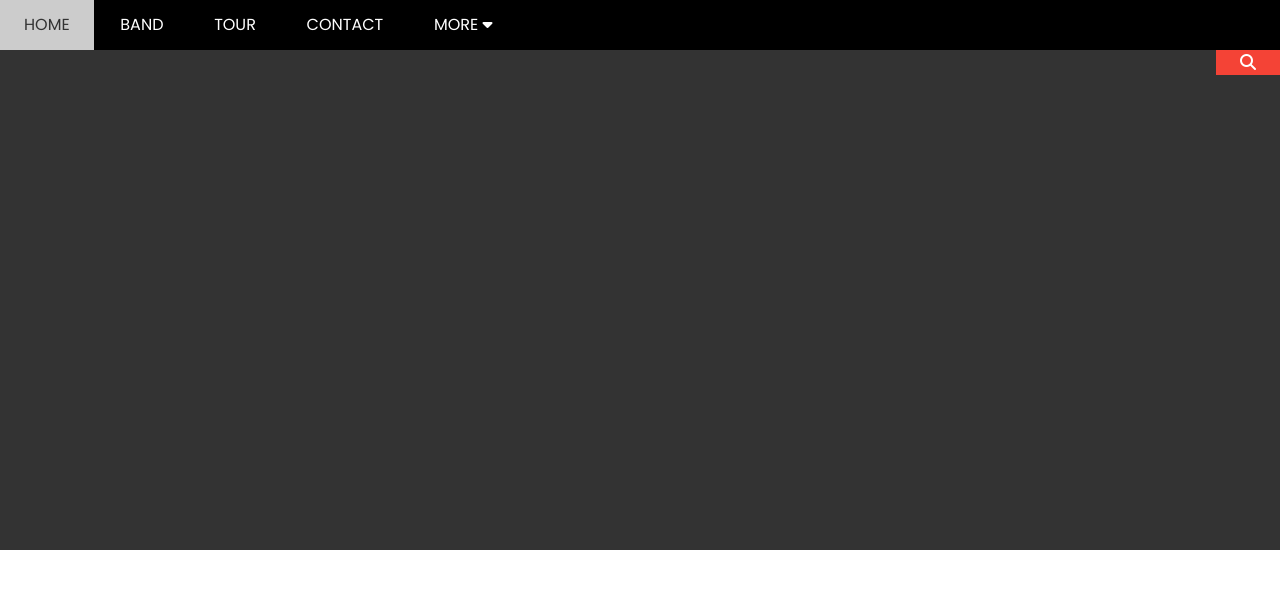
Repository: dptuyen1/the-band
Page: index.html
An editor plug-in stored every save of this project. The page is shown before and after the next save, followed by the edit.
The browser window is 1280 px wide. The pictures show the whole page.

Above is the page before, as saved 2023-06-02 13:08:44.

### index.html
<!DOCTYPE html>
<html lang="en">
  <head>
    <meta charset="UTF-8" />
    <meta http-equiv="X-UA-Compatible" content="IE=edge" />
    <meta name="viewport" content="width=device-width, initial-scale=1.0" />
    <title>Document</title>
    <link rel="stylesheet" href="./assets/css/style.css" />
    <link
      rel="stylesheet"
      href="https://cdnjs.cloudflare.com/ajax/libs/font-awesome/6.4.0/css/all.min.css"
      integrity="sha512-iecdLmaskl7CVkqkXNQ/ZH/XLlvWZOJyj7Yy7tcenmpD1ypASozpmT/E0iPtmFIB46ZmdtAc9eNBvH0H/ZpiBw=="
      crossorigin="anonymous"
      referrerpolicy="no-referrer"
    />
  </head>
  <body>
    <div id="wrapper">
      <header id="header">
        <ul id="nav">
          <li><a href="#">HOME</a></li>
          <li><a href="#">BAND</a></li>
          <li><a href="#">TOUR</a></li>
          <li><a href="#">CONTACT</a></li>
          <li>
            <a href="#">
              MORE
              <i class="fa-solid fa-caret-down"></i>
            </a>
            <ul class="sub-nav">
              <li><a href="#">Merchandise</a></li>
              <li><a href="#">Extras</a></li>
              <li><a href="#">Media</a></li>
            </ul>
          </li>
        </ul>

        <a href="#" class="search-btn">
          <i class="fa-solid fa-magnifying-glass"></i>
        </a>
      </header>
      <div id="slider"></div>
      <main id="content"></main>
      <footer id="footer"></footer>
    </div>
  </body>
  <script src="./assets/js/script.js"></script>
</html>

### assets/css/style.css
@import url("https://fonts.googleapis.com/css2?family=Poppins:wght@300;400;500;600;700&display=swap");

* {
  padding: 0;
  margin: 0;
  box-sizing: border-box;
}

html {
  font-size: 62.5%;
  font-family: "Poppins", sans-serif;
  scroll-behavior: smooth;
}

:root {
  --white: #fff;
  --black: #000;
  --text: #333;
}

#wrapper {
}
#header {
  height: 50px;
  background-color: var(--black);
}
#nav,
.sub-nav {
  list-style: none;
}
#nav li {
  display: inline-block;
  position: relative;
}

#nav li a {
  font-size: 1.6rem;
  text-decoration: none;
  line-height: 50px;
  padding: 0 24px;
  display: inline-block;
}

#nav > li > a {
  color: var(--white);
}

#nav li:hover > a {
  background-color: #ccc;
  color: var(--text);
}

#nav li:hover .sub-nav {
  display: block;
}

#nav .sub-nav {
  display: none;
  min-width: 160px;
  position: absolute;
  /* Cách top 1 đoạn = chiều cao thẻ cha (li) */
  top: 100%;
  /* Cách left 1 đoạn = chiều rộng thẻ cha (li)
  left: 100%; */
  left: 0;
  background-color: var(--white);
  box-shadow: 0 0 10px rgba(0, 0, 0, 0.3);
}

.sub-nav * {
  width: 100%;
}

#nav .sub-nav a {
  color: var(--black);
  padding: 0 16px;
  line-height: 40px;
}

.search-btn {
  display: block;
  float: right;
  font-size: 1.6rem;
  color: var(--white);
  padding: 0 24px;
  background-color: #f44336;
}

#slider {
  min-height: 500px;
  background-color: var(--text);
}
#content {
}
#footer {
}

Loaded but not shown: assets/js/script.js (no copy from this time; the picture is the same without it)

After the next save:
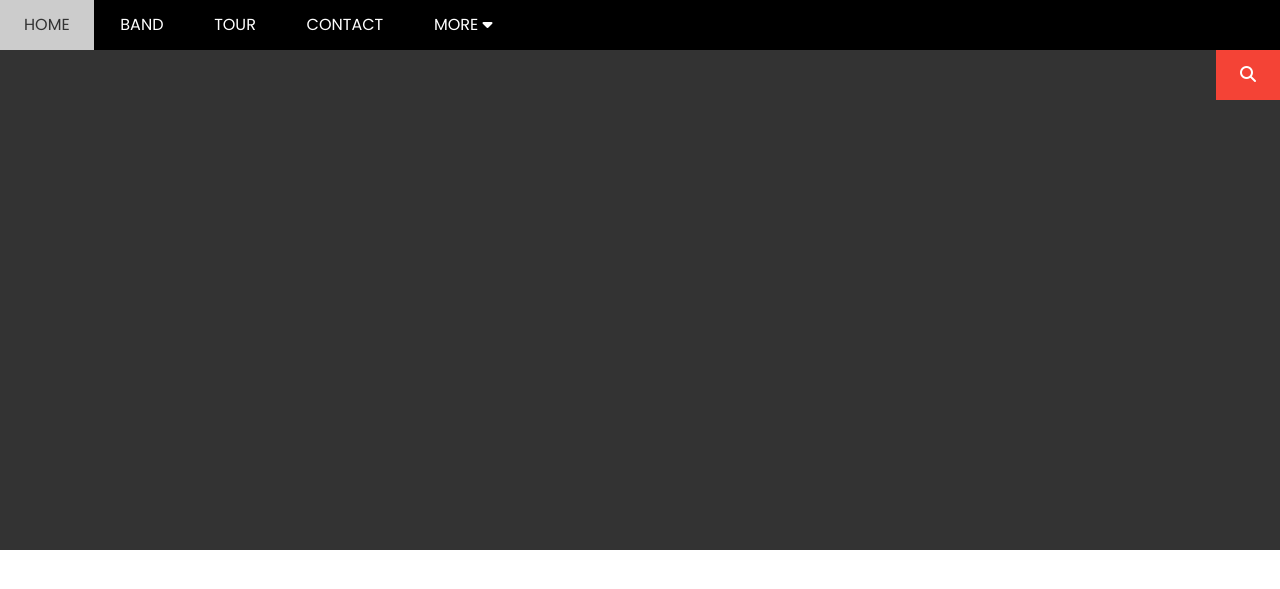
Saved 13 s later.
--- a/assets/css/style.css
+++ b/assets/css/style.css
@@ -81,6 +81,7 @@ html {
   display: block;
   float: right;
   font-size: 1.6rem;
+  line-height: 50px;
   color: var(--white);
   padding: 0 24px;
   background-color: #f44336;
